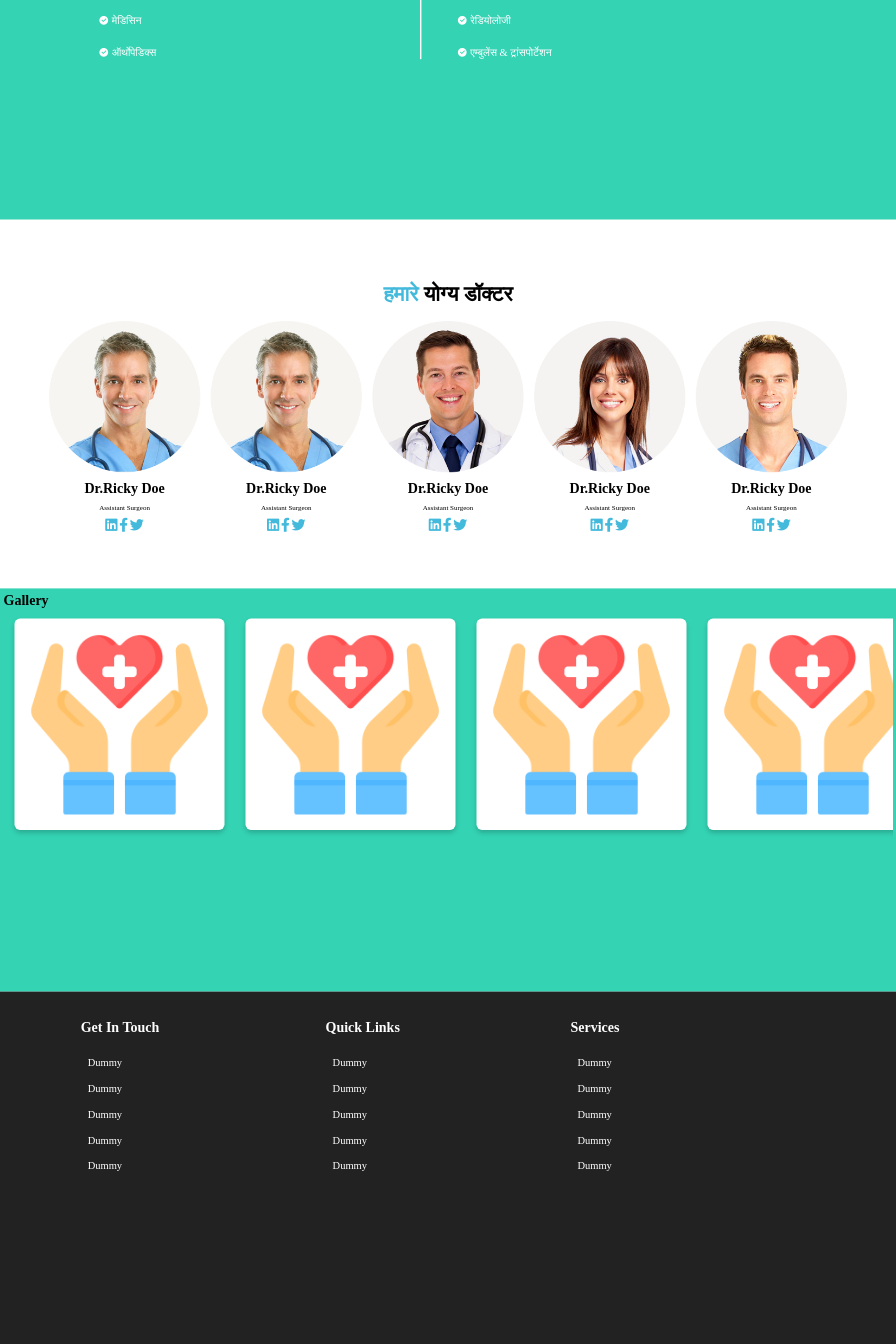
Repository: Aayush919/test
Page: index.html
The author's editor kept a copy of each file at every save. The page is drawn from the files as they stood at one save, then again after the next save.
The browser window is 1280 px wide. The pictures show the part of the page from y = 2682 to 4602 px (the page is 4602 px tall), at 70% of full size.
Some web libraries are served in a nearby version.

Above is the page before, as saved 2023-10-15 13:02:26.
Console error: TypeError: Cannot read properties of null (reading 'addEventListener')

After the next save:
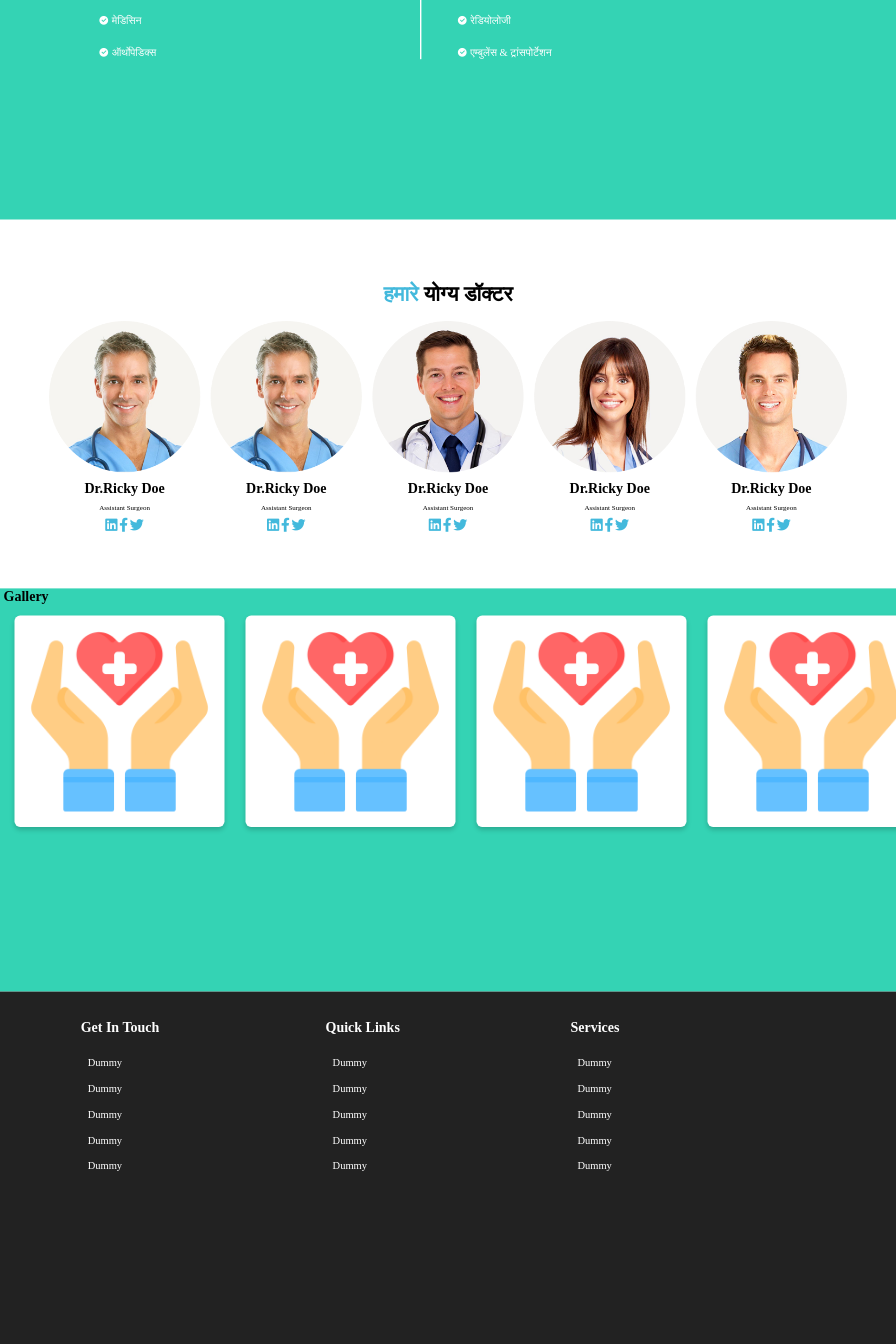
Saved 15 s later.
--- a/style.css
+++ b/style.css
@@ -506,7 +506,7 @@
   .gallery{
     min-height: 80vh;
     background-color:#34d3b4;
-    padding: .5rem;
+    padding-left: .5rem;
 
   }
 

After the save that followed:
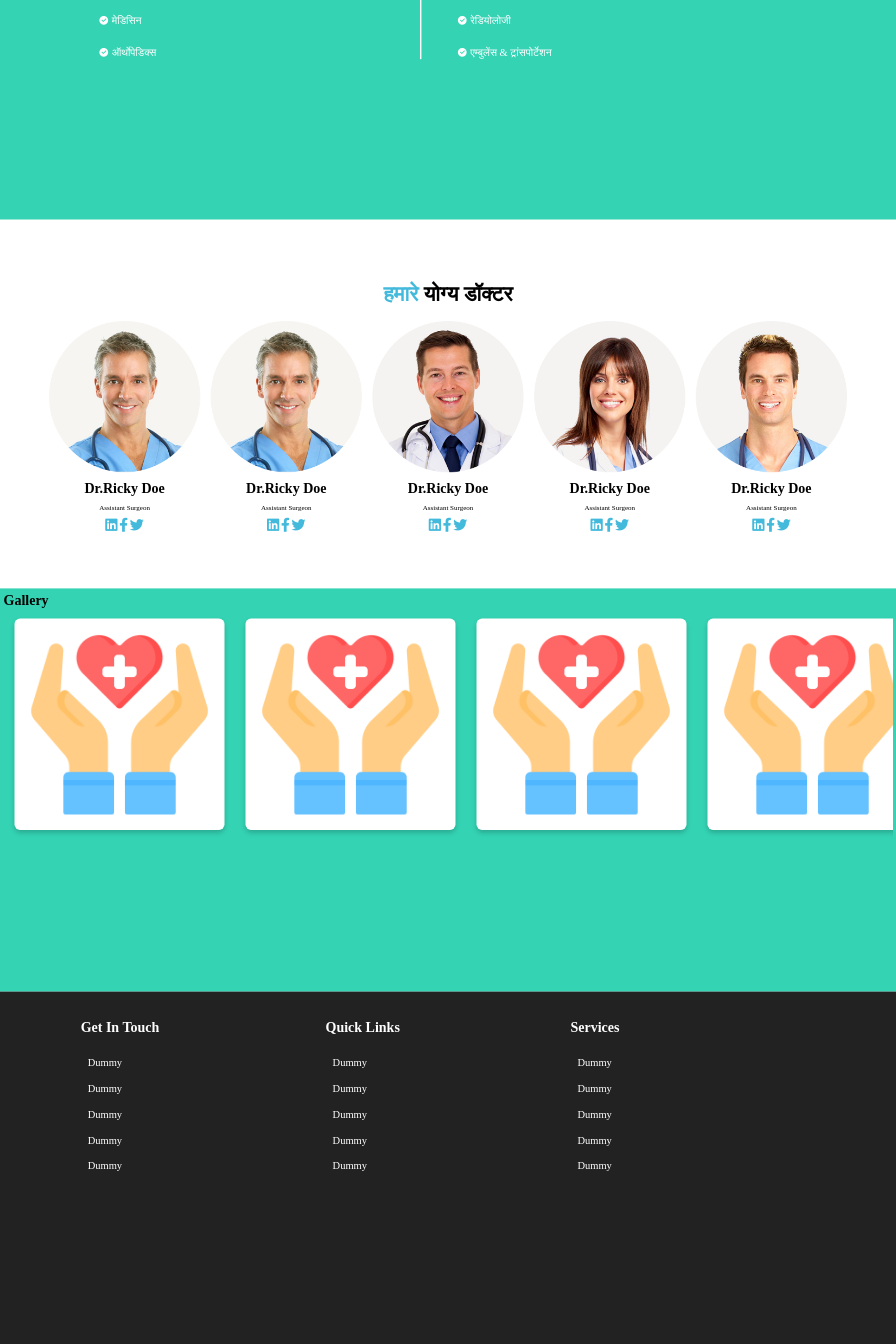
Saved 10 s later.
--- a/style.css
+++ b/style.css
@@ -506,7 +506,7 @@
   .gallery{
     min-height: 80vh;
     background-color:#34d3b4;
-    padding-left: .5rem;
+    padding: .5rem;
 
   }
 
